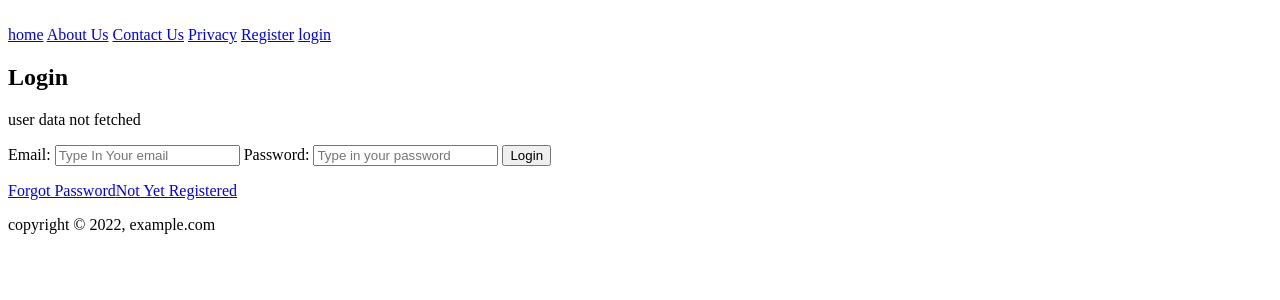
Repository: bejibay/CMS-and-Comment-System
Page: http://localhost/Contentgo/login
An editor plug-in stored every save of this project. The page is shown before and after the next save, followed by the edit.
The browser window is 1280 px wide. The pictures show the whole page.
The page is run by PHP 8.4 with error messages shown; the project is at /var/www/html/. Queries for data that is not in the repository find no rows.

Above is the page before, as saved 2022-11-21 18:14:50.

After the next save:
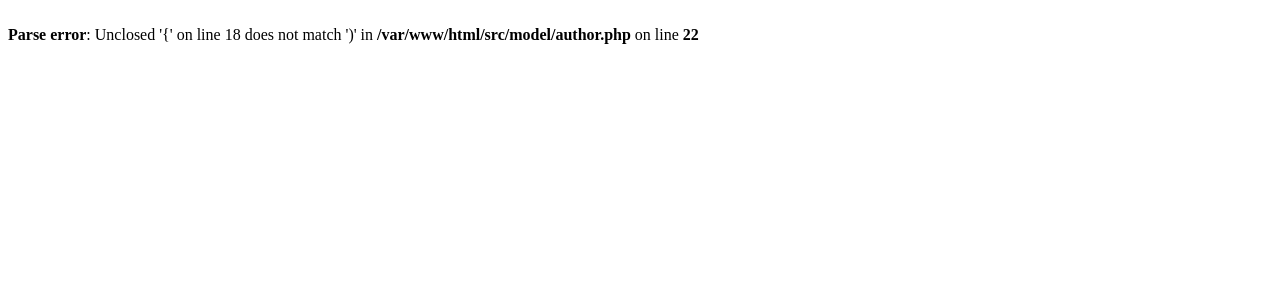
Saved 22 s later.
--- a/src/model/author.php
+++ b/src/model/author.php
@@ -19,7 +19,7 @@
 parent::__construct();
 if(isset($data['id']) && is_int($data['id']))$this->id=$data['id'];
 if(isset($data['biography']))$this->biography=trim(stripslashes(htmlspecialchars($data['biography'])));
-if(isset($data['userdata_id']) && is_int($data['userdata_id']))$this->userdata_id=int($data['userdata_id']);
+if(isset($data['userdata_id']) && is_int($data['userdata_id']))$this->userdata_id = $data['userdata_id']);
 if(isset($data['created']))$this->created=$data['created'];
 if(isset($data['updated']))$this->created=$data['created'];
 if(isset($data['ipaddress']))$this->ipaddress = $data['ipaddress'];

After the save that followed:
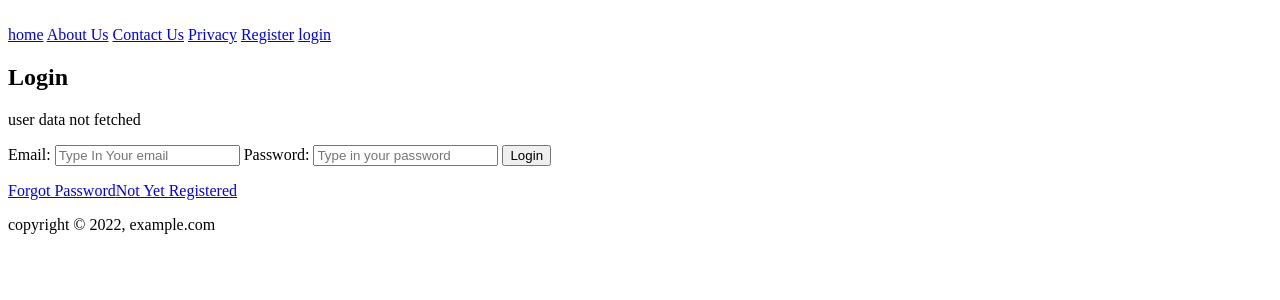
Saved 7 s later.
--- a/src/model/author.php
+++ b/src/model/author.php
@@ -19,7 +19,7 @@
 parent::__construct();
 if(isset($data['id']) && is_int($data['id']))$this->id=$data['id'];
 if(isset($data['biography']))$this->biography=trim(stripslashes(htmlspecialchars($data['biography'])));
-if(isset($data['userdata_id']) && is_int($data['userdata_id']))$this->userdata_id = $data['userdata_id']);
+if(isset($data['userdata_id']) && is_int($data['userdata_id']))$this->userdata_id = $data['userdata_id'];
 if(isset($data['created']))$this->created=$data['created'];
 if(isset($data['updated']))$this->created=$data['created'];
 if(isset($data['ipaddress']))$this->ipaddress = $data['ipaddress'];
